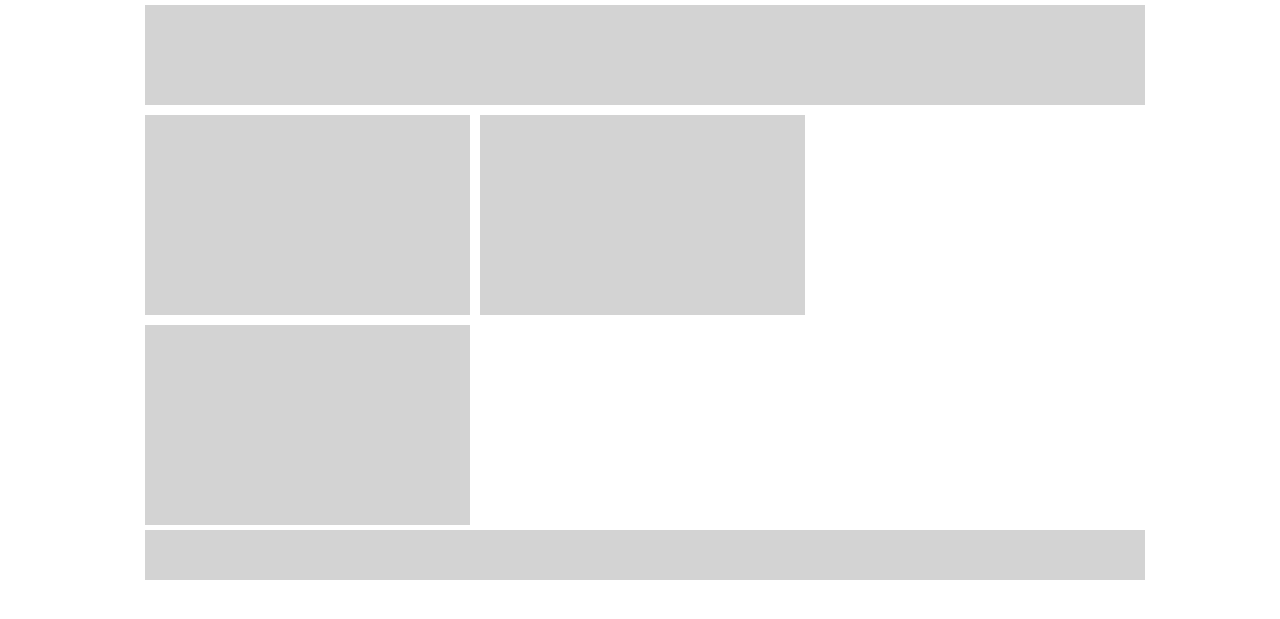
Repository: onopriienkoalina/onopriienkoalina.github.io
Page: dz9_containers/index.html
These files come from the project's save history. The page is drawn as it stood at one moment and after the next save; the edit follows.
The browser window is 1280 px wide. The pictures show the whole page.
The style sheet was rebuilt from its Sass, Less or Tailwind sources for each picture, by a compiler version that may differ from the author's.

Above is the page before, as saved 2021-12-01 18:22:10.

After the next save:
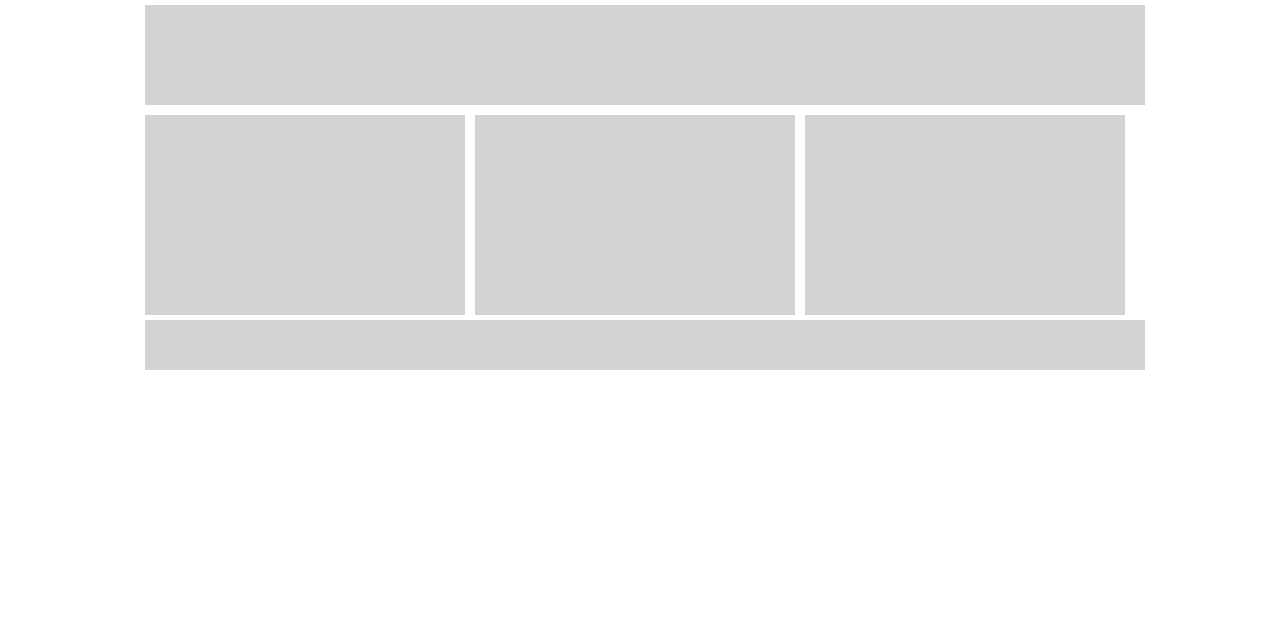
Saved 9 s later.
--- a/dz9_containers/style.scss
+++ b/dz9_containers/style.scss
@@ -1,7 +1,7 @@
 
 .section{
  float: left;
- width: 32.5%;
+ width: 32%;
  height: 200px;
  margin: 5px;
  background-color: #D3D3D3;
